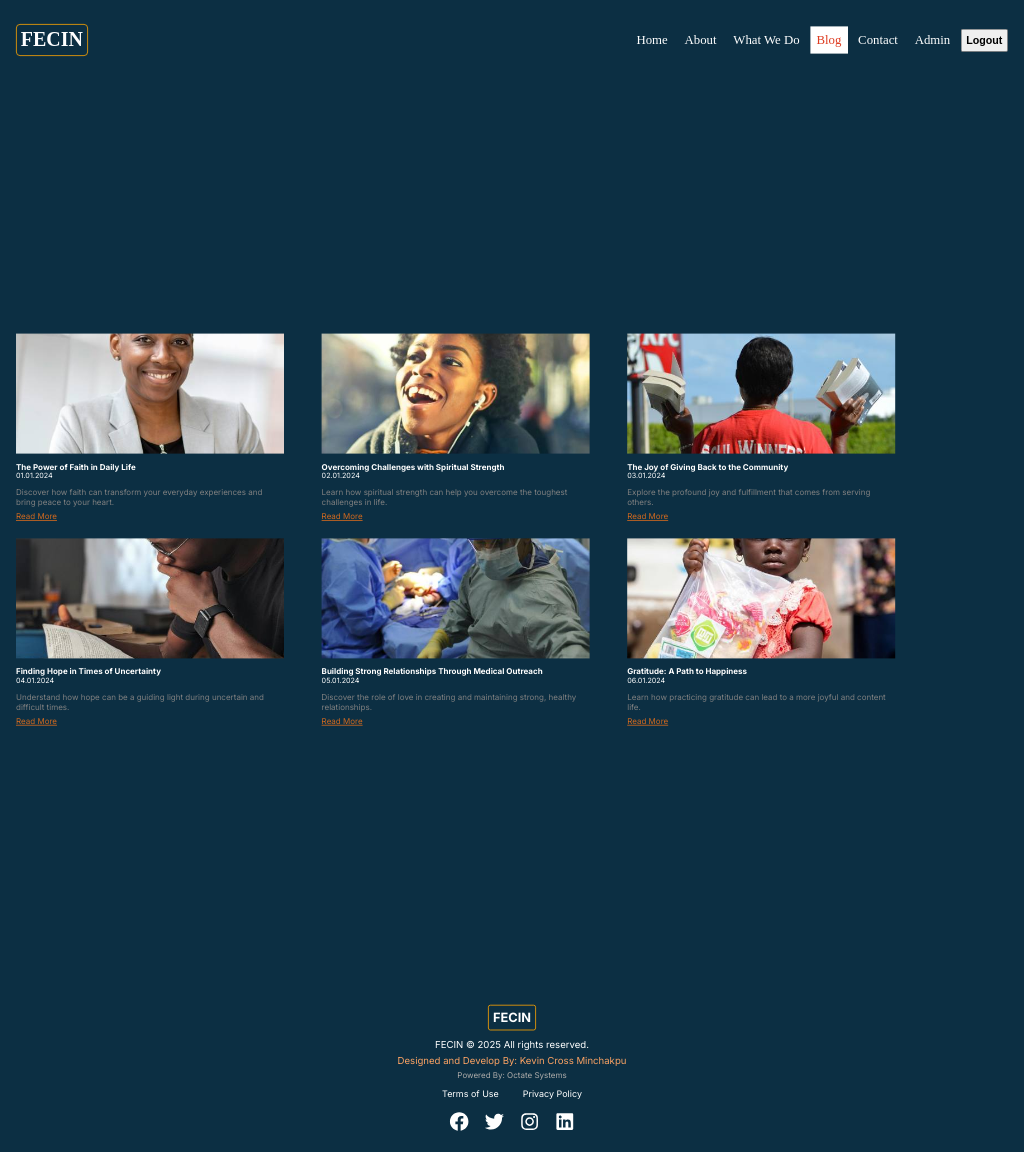
Repository: KCMinchakpu/fecin-projectgs497
Page: /blog
An editor plug-in stored every save of this project. The page is shown before and after the next save, followed by the edit.
The browser window is 1280 px wide. The pictures show the whole page, at 80% of full size.
The project was rebuilt for these pictures with package versions that can differ from the ones it lists, and the page was loaded fresh each time. The framework's server and built-in components were replaced by stand-ins that run in the browser. Also part of the build but not shown: next.config.mjs.

Above is the page before, as saved 2025-04-02 12:21:18.

After the next save:
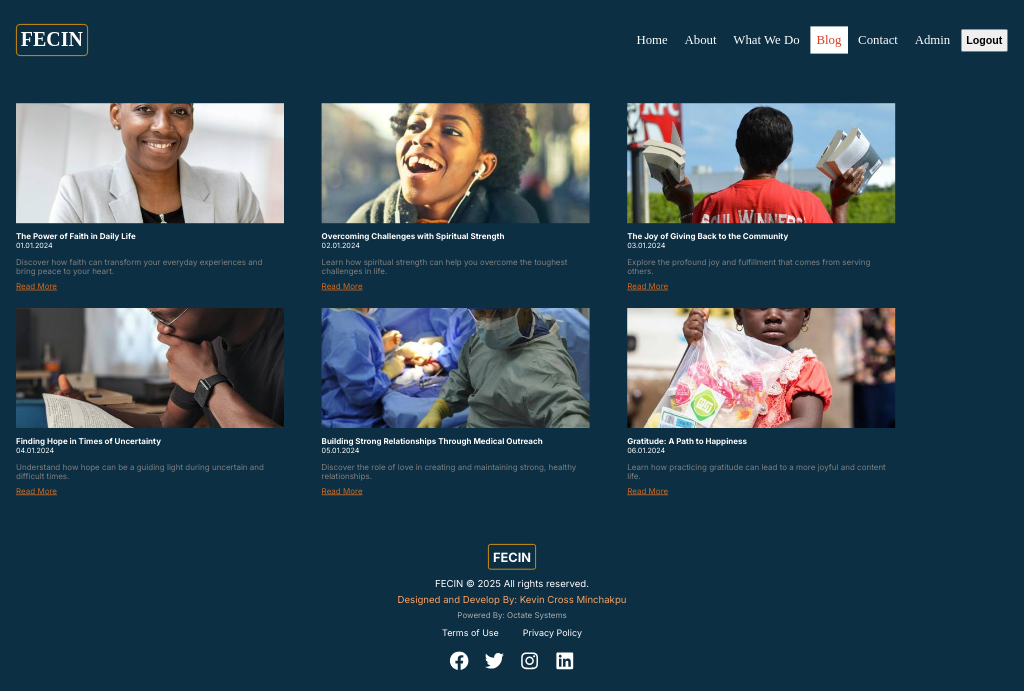
Saved 18 s later.
--- a/src/app/globals.css
+++ b/src/app/globals.css
@@ -32,7 +32,7 @@ a {
   margin: auto;
   padding-left: 20px;
   padding-right: 20px;
-  min-height: 200vh;
+  min-height: 120vh;
   display: flex;
   flex-direction: column;
   justify-content: space-between;
